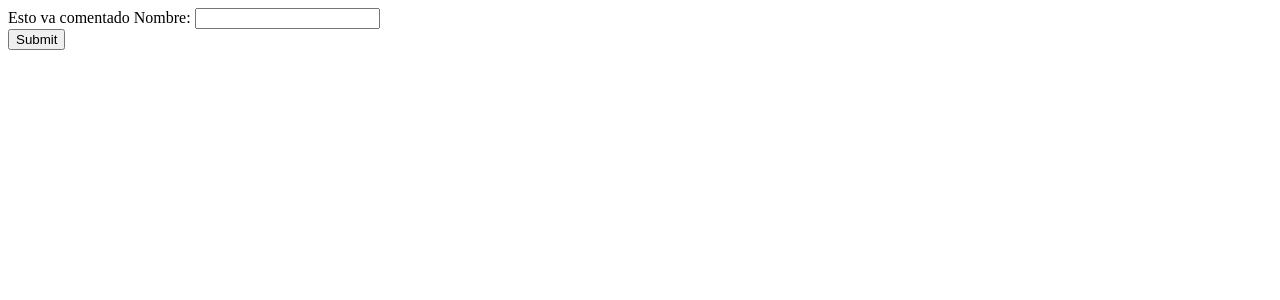
Repository: JaimeMarTal/JaimePHP
Page: http://localhost/ev1/t2/ej01/ej01_get.php
These files come from the project's save history. The page is drawn as it stood at one moment and after the next save; the edit follows.
The browser window is 1280 px wide. The pictures show the whole page.
The page is run by PHP 8.4 with error messages shown; the project is at /var/www/html/.

Above is the page before, as saved 2020-10-09 07:19:53.

### clase/ev1/t2/ej01/ej01_get.php
<form action="ej01_post.php">
Esto va comentado <form action="ej01_post.php method"POST">


	Nombre:
	<input type="text">
	<br/>
	<input type="submit">

</form>

After the next save:
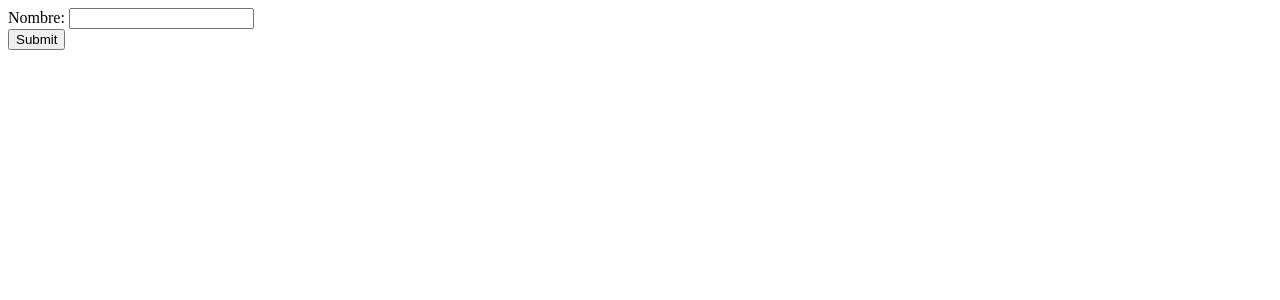
Saved 32 s later.
--- a/clase/ev1/t2/ej01/ej01_get.php
+++ b/clase/ev1/t2/ej01/ej01_get.php
@@ -1,5 +1,5 @@
 <form action="ej01_post.php">
-Esto va comentado <form action="ej01_post.php method"POST">
+<!-- <form action="ej01_post.php method"POST"> -->
 
 
 	Nombre:
